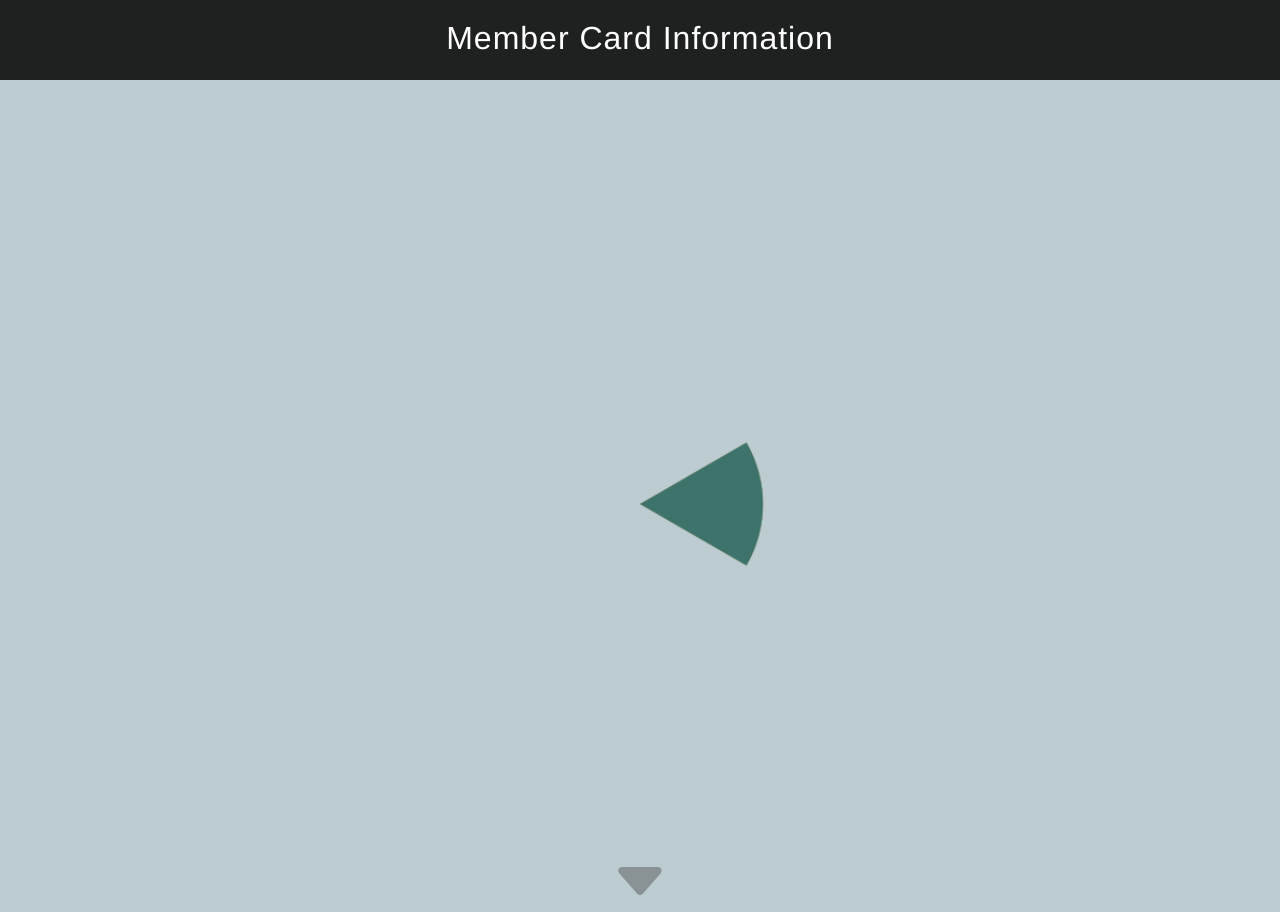
Repository: Leooook/lzhao-fed-test
Page: /
The author's editor kept a copy of each file at every save. The page is drawn from the files as they stood at one save, then again after the next save.
The browser window is 1280 px wide. The pictures show the whole page.
The page's requests for data from a server got no answer. The project was rebuilt for these pictures with package versions that can differ from the ones it lists, and the page was loaded fresh each time. No one was signed in, and anything a server would have sent is missing. Also part of the build but not shown: src/components/detail.jsx.

Above is the page before, as saved 2021-03-15 21:35:23.

### src/index.html
<!DOCTYPE html>
<html lang="en">
	<head>
		<meta charset="utf-8" />
		<meta http-equiv="X-UA-Compatible" content="IE=edge,chrome=1" />
		<title>Member Card Info</title>
		<meta name="description" content="" />
		<meta name="viewport" content="width=device-width, initial-scale=1.0, maximum-scale=1.0, user-scalable=no" />
	</head>
	<body>
		<div id="root" class="react-root"></div>
	</body>
</html>

### src/App.js
import React, {useState} from 'react';
import {BsCaretDownFill} from 'react-icons/bs'

import './App.css'
import Header from './components/header.jsx'
import Feature from './components/feature.jsx'

export default function App() {
  const [featureAmount, setFeatureAmount] = useState([1])

  const setFeature = () => {
    setFeatureAmount(featureAmount => {return [...featureAmount, 1]})
  }

	return (
    <div className='app'>
      <Header />
      {
        featureAmount.map((key) => <Feature key = {key}/>)
      }
      <BsCaretDownFill className='add-feature' onClick={() => setFeature()}/>
    </div>
  )
}

### src/App.css
* {
	margin: 0;
	padding: 0;
	box-sizing: border-box;
}
:root {
	--nav-black: rgba(14, 14, 14, 0.897);
	--white: #ffffff;
	--light-blue: rgb(189, 204, 208);
	--grey: rgb(145, 145, 145);
	--light-grey: rgb(209, 209, 209);
}
/* app */
.app {
	max-width: 100vw;
	min-height: 100vh;
	background-color: var(--light-blue);
}
.add-feature {
	position: initial;
	color: rgba(65, 65, 65, 0.418);
	width: 60px;
	height: 60px;
	margin: auto;
	display: block;
	cursor: pointer;
	animation: upAndDown 3s ease-in-out infinite;
}
.add-feature:active {
	transform: scale(1.1);
	transition: all 1s ease;
}
@keyframes upAndDown {
	0% {
		bottom: 5vh;
	}
	50% {
		bottom: 4vh;
	}
}
/* end of app */
/* header */
.header {
	background-color: var(--nav-black);
	height: 80px;
	padding: 20px;
	margin-bottom: 80px;
	font-size: 2rem;
	font-family: 'Franklin Gothic Medium', 'Arial Narrow', Arial, sans-serif;
	text-align: center;
	color: var(--white);
	letter-spacing: 1px;
}
@media screen and (max-width: 500px) {
	.header {
		margin-bottom: 30px;
		padding: 30px;
		font-size: 1.4rem;
	}
}
/* end of header */
/* loader */
.load {
	width: 100%;
}
.loadPic {
	width: 20%;
	margin: 30vh 40%;
}
/* end of loader */
/* feature */
.feature {
	margin-top: -65px;
	padding: 60px 8%;
	display: grid;
	grid-template-columns: repeat(auto-fill, minmax(450px, 1fr));
	grid-row-gap: 50px;
	grid-column-gap: 80px;
}
@media screen and (max-width: 500px) {
	.feature {
		padding: 30px 20px;
		display: initial;
	}
}
/* end of feature */
/* detail */
.detail {
	margin: auto;
	padding: 10px 20px;
	width: 450px;
	height: 240px;
	background: hsla(0, 0%, 100%, .3);
	border-radius: 6px;
	box-shadow: 0 6px 20px 6px rgba(0, 0, 0, 0.207);
	display: flex;
	align-items: center;
	cursor: pointer;
	transition: all linear 0.2s;
}
.detail:hover {
	transform: scale(1.05);
	box-shadow: 0 10px 30px 10px rgba(0, 0, 0, 0.207);
}
.left-section {
	width: calc(40% - 20px);
	margin-right: 10%;
}
.right-section {
	width: clac(50% - 20px);
}
.detail-pic {
	margin: 0 auto;
	height: 140px;
	width: 140px;
	border-radius: 50%;
	box-shadow: 0 0 10px 8px var(--light-grey);
}
.detail-info {
	margin-bottom: 10px;
}
.detail-name {
	font-family: 'Playfair Display', serif;
	font-weight: bold;
	font-size: 1.3rem;
}
.detail-name2 {
	font-weight: 100;
	font-size: 0.9rem;
	color: rgb(82, 82, 82);
	font-style: oblique;
}
.detail-sex-date {
	display: flex;
}
.detail-date {
	margin-right: 13px;
}
.detail-font {
	font-family: 'Source Sans Pro', sans-serif;
	font-size: 0.8rem;
}
@media screen and (max-width: 500px) {
	.detail {
		margin-bottom: 30px;
		width: 90vw;
		height: 50vw;
	}
	.detail-pic {
		height: 100px;
		width: 100px;
	}
	.detail-info {
		margin-bottom: 6px;
	}
	.detail-name {
		font-size: 1rem;
	}
	.detail-name2 {
		font-size: 0.8rem;
	}
	.detail-date {
		margin-right: 8px;
	}
	.detail-font {
		font-size: 0.75rem;
	}
}
/* end of detail */

### src/components/header.jsx
import React, { Component } from 'react'

class Header extends Component {
	render() {
		return <section className="header">Member Card Information</section>
	}
}

export default Header

### src/components/feature.jsx
import React, { Component } from 'react'

import Loader from './loader.jsx'
import Detail from './detail.jsx'

class Feature extends Component {
	state = {
		dataSet: [],
		dataAmount: 6
	}

	fetchData = () => {
		fetch('https://randomuser.me/api/', {
			method: 'GET'
		})
			.then((response) => response.json())
			.then((data) => {
				let dataSet = this.state.dataSet
				dataSet.push(data.results[0])
				this.setState({ dataSet })
			})
			.catch((error) => {
				console.error('Error:', error)
			})
	}

	componentDidMount() {
		for (let i = 0; i < this.state.dataAmount; i++) {
			this.fetchData()
		}
	}

	render() {
		if (this.state.dataSet.length === 0 || this.state.dataSet.length % 6 !== 0) {
			return <Loader />
		} else {
			return (
				<section className="feature">
					{this.state.dataSet.map((each, key) => <Detail key={key} data={each} />)}
				</section>
			)
		}
	}
}

export default Feature

### src/components/loader.jsx
import React from 'react'

import loadPic from '../images/load.gif'

function Loader() {
	return (
		<section className="load">
			<img src={loadPic} className="loadPic" alt="load" />
		</section>
	)
}

export default Loader

Loaded but not shown: src/index.js (common file)

After the next save:
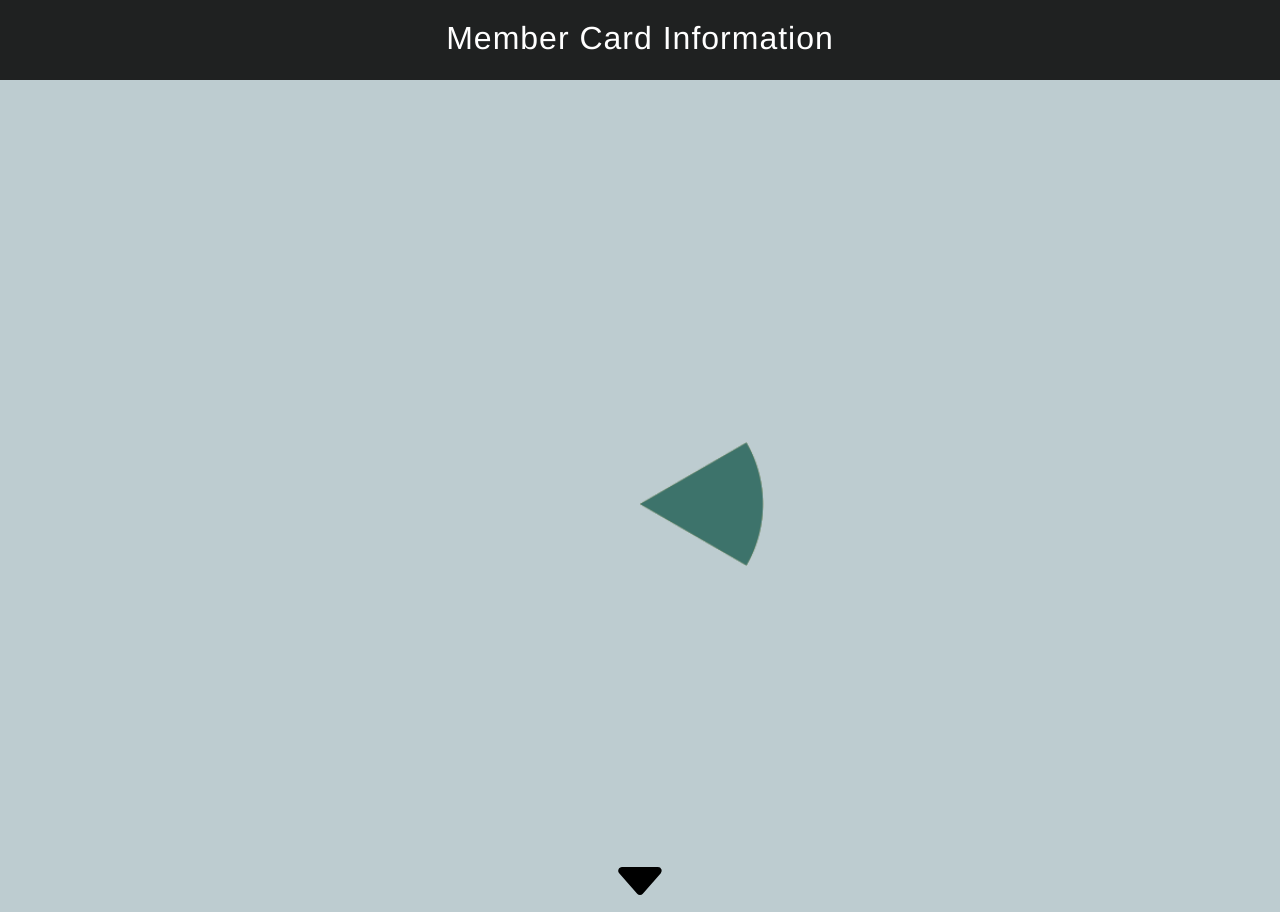
Saved 11 s later.
--- a/src/App.css
+++ b/src/App.css
@@ -17,7 +17,7 @@
 	background-color: var(--light-blue);
 }
 .add-feature {
-	position: initial;
+	position: relative
 	color: rgba(65, 65, 65, 0.418);
 	width: 60px;
 	height: 60px;
